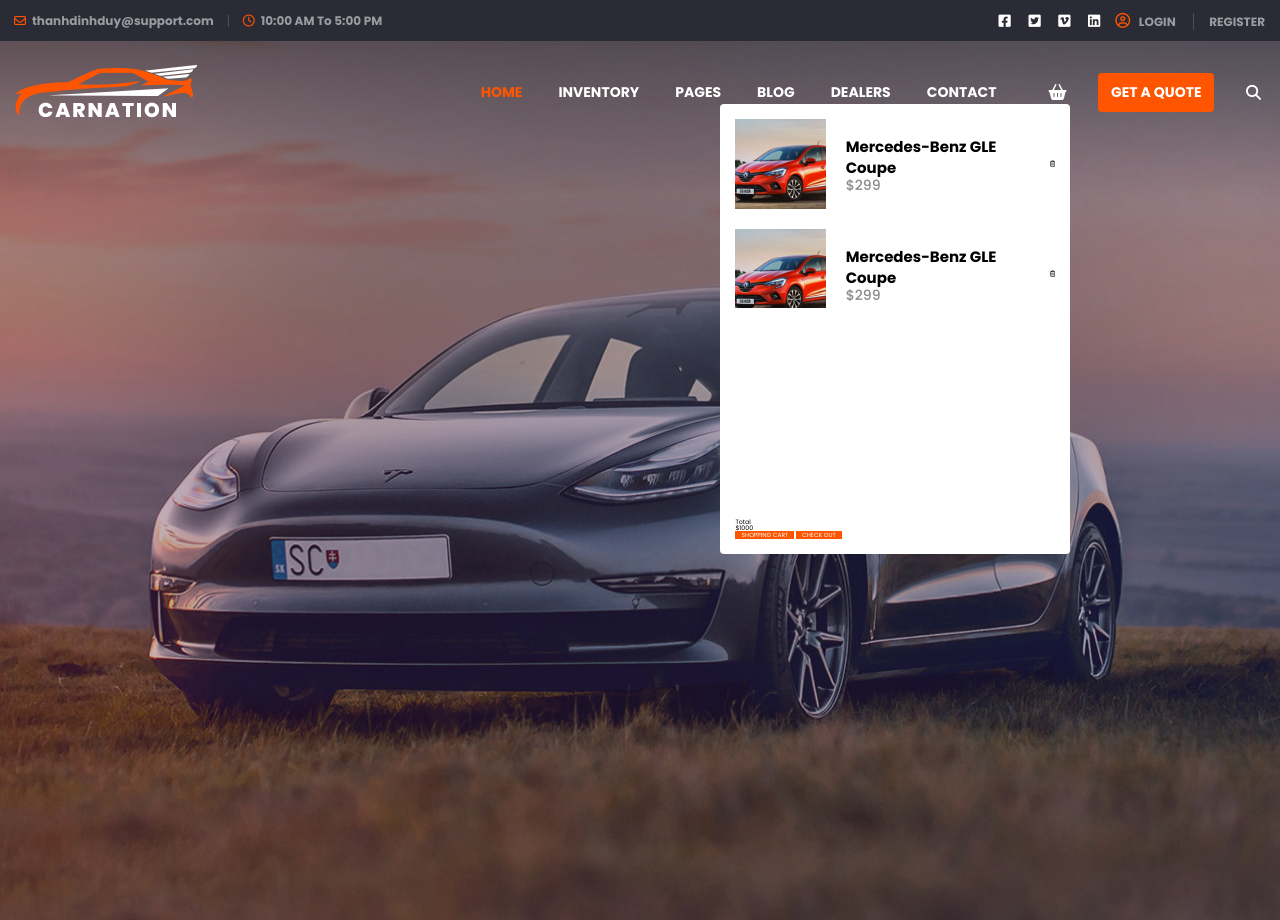
Repository: thanhdinh01/shopcar
Page: index.html
An editor plug-in stored every save of this project. The page is shown before and after the next save, followed by the edit.
The browser window is 1280 px wide. The pictures show the whole page.
Some web libraries are served in a nearby version. The style sheet was rebuilt from its Sass, Less or Tailwind sources for each picture, by a compiler version that may differ from the author's.

Above is the page before, as saved 2022-08-10 19:26:23.

After the next save:
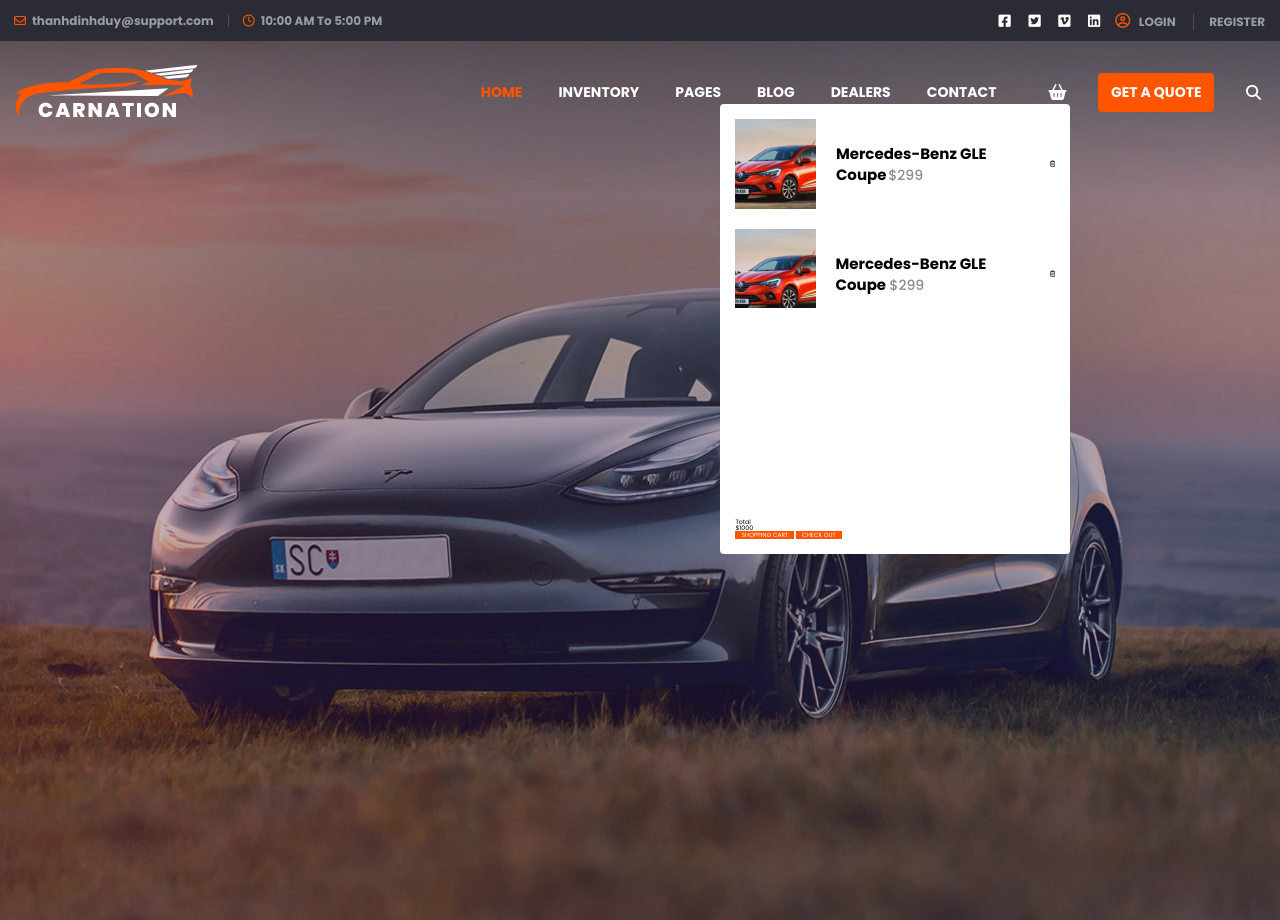
Saved 41 s later.
--- a/css/_header.scss
+++ b/css/_header.scss
@@ -176,9 +176,6 @@
                 }
               }
               .product-desc {
-                display: flex;
-                flex-direction: column;
-                justify-content: space-between;
                 .product-title {
                   font-size: 1.5rem;
                   font-weight: 700;

After the save that followed:
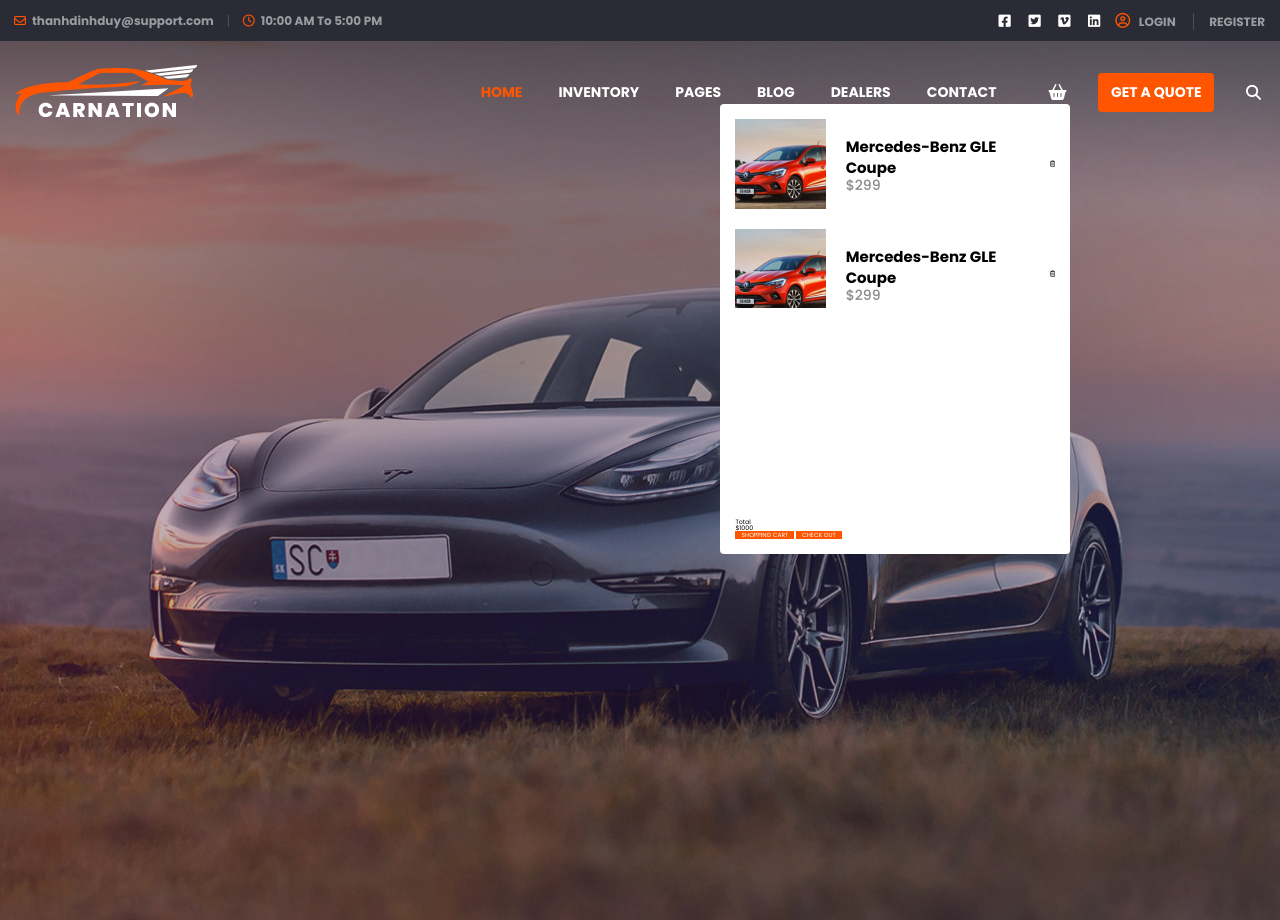
Saved 9 s later.
--- a/css/_header.scss
+++ b/css/_header.scss
@@ -176,6 +176,8 @@
                 }
               }
               .product-desc {
+                display: flex;
+                flex-direction: column;
                 .product-title {
                   font-size: 1.5rem;
                   font-weight: 700;
